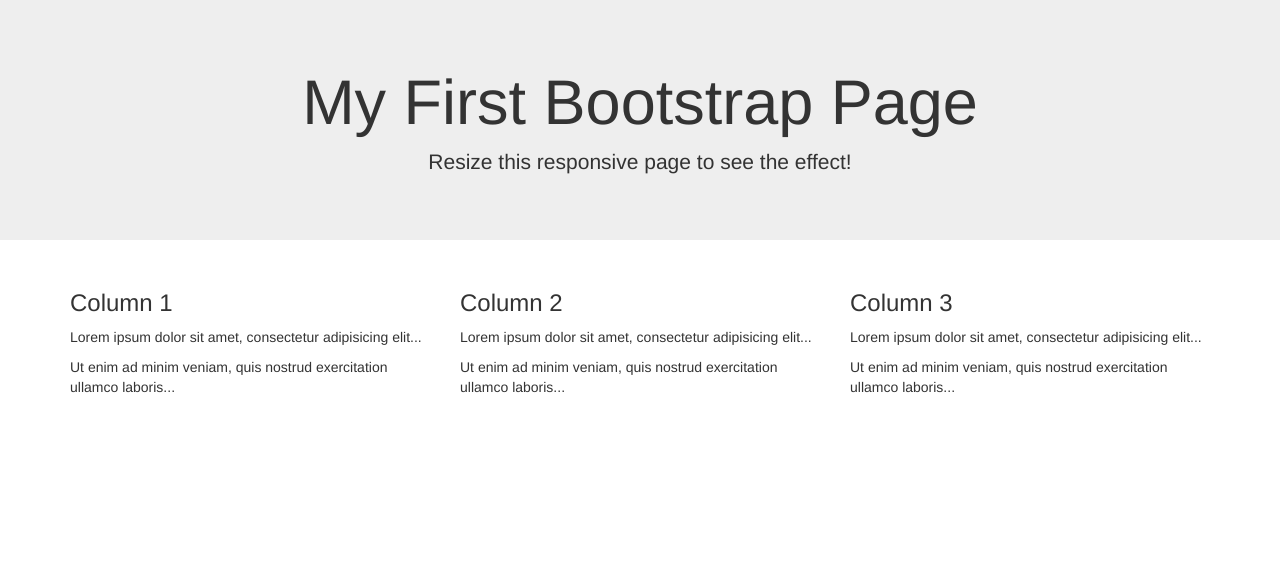
Repository: jagasia/wipro16feb
Page: http://localhost/mvc-1/WEB-INF/jsp/product.jsp
These files come from the project's save history. The page is drawn as it stood at one moment and after the next save; the edit follows.
The browser window is 1280 px wide. The pictures show the whole page.
The page is served by Tomcat 9. Nobody is signed in. Other server files are loaded and not shown. The template is opened directly, without the code that normally fills it, so the values that code supplies are empty.

Above is the page before, as saved 2023-02-16 09:08:56.

### mvc-1/src/main/webapp/WEB-INF/jsp/product.jsp
<%@ page language="java" contentType="text/html; charset=ISO-8859-1"
    pageEncoding="ISO-8859-1"%>
<!DOCTYPE html>
<html>
<head>
<meta charset="ISO-8859-1">
<title>Insert title here</title>
<link rel="stylesheet" href="https://maxcdn.bootstrapcdn.com/bootstrap/3.4.1/css/bootstrap.min.css">
  <script src="https://ajax.googleapis.com/ajax/libs/jquery/3.6.3/jquery.min.js"></script>
  <script src="https://maxcdn.bootstrapcdn.com/bootstrap/3.4.1/js/bootstrap.min.js"></script>
</head>
<body>
<div class="jumbotron text-center">
  <h1>My First Bootstrap Page</h1>
  <p>Resize this responsive page to see the effect!</p>
</div>

<div class="container">
  <div class="row">
    <div class="col-sm-4">
      <h3>Column 1</h3>
      <p>Lorem ipsum dolor sit amet, consectetur adipisicing elit...</p>
      <p>Ut enim ad minim veniam, quis nostrud exercitation ullamco laboris...</p>
    </div>
    <div class="col-sm-4">
      <h3>Column 2</h3>
      <p>Lorem ipsum dolor sit amet, consectetur adipisicing elit...</p>
      <p>Ut enim ad minim veniam, quis nostrud exercitation ullamco laboris...</p>
    </div>
    <div class="col-sm-4">
      <h3>Column 3</h3>
      <p>Lorem ipsum dolor sit amet, consectetur adipisicing elit...</p>
      <p>Ut enim ad minim veniam, quis nostrud exercitation ullamco laboris...</p>
    </div>
  </div>
</div>

</body>
</html>

After the next save:
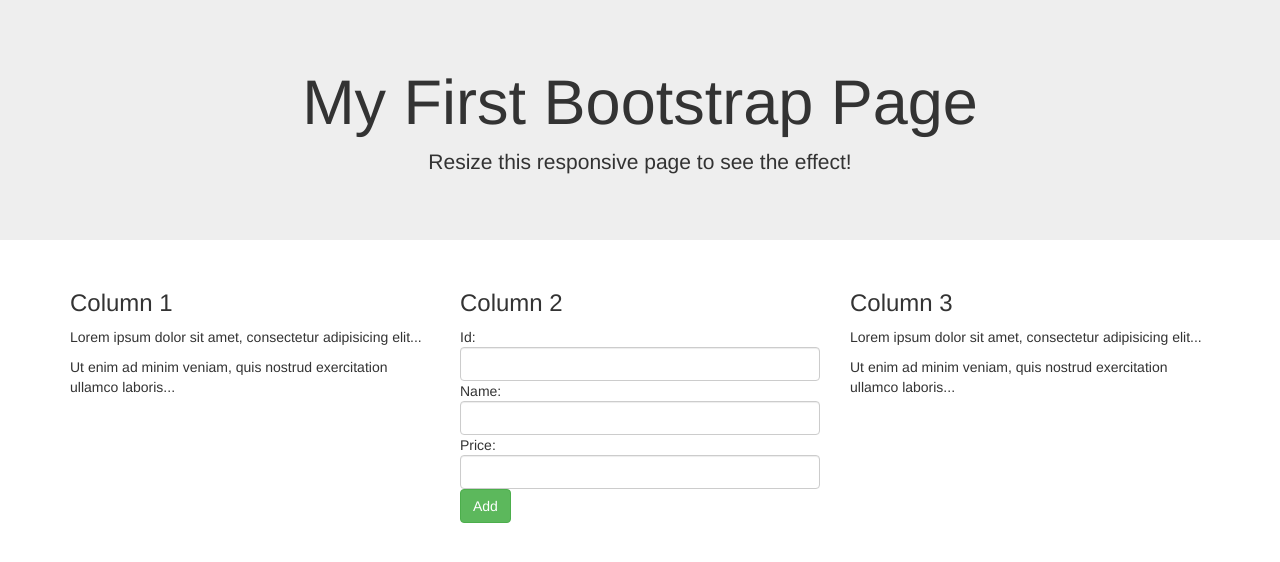
Saved 117 s later.
--- a/mvc-1/src/main/webapp/WEB-INF/jsp/product.jsp
+++ b/mvc-1/src/main/webapp/WEB-INF/jsp/product.jsp
@@ -24,8 +24,12 @@
     </div>
     <div class="col-sm-4">
       <h3>Column 2</h3>
-      <p>Lorem ipsum dolor sit amet, consectetur adipisicing elit...</p>
-      <p>Ut enim ad minim veniam, quis nostrud exercitation ullamco laboris...</p>
+      <form>
+      	Id:<input type="number" class="form-control" name="id" />
+      	Name:<input type="text" class="form-control" name="name" />
+      	Price:<input type="number" class="form-control" name="price" />
+      	<input type="submit" value="Add" class="btn btn-success" />
+      </form>
     </div>
     <div class="col-sm-4">
       <h3>Column 3</h3>
